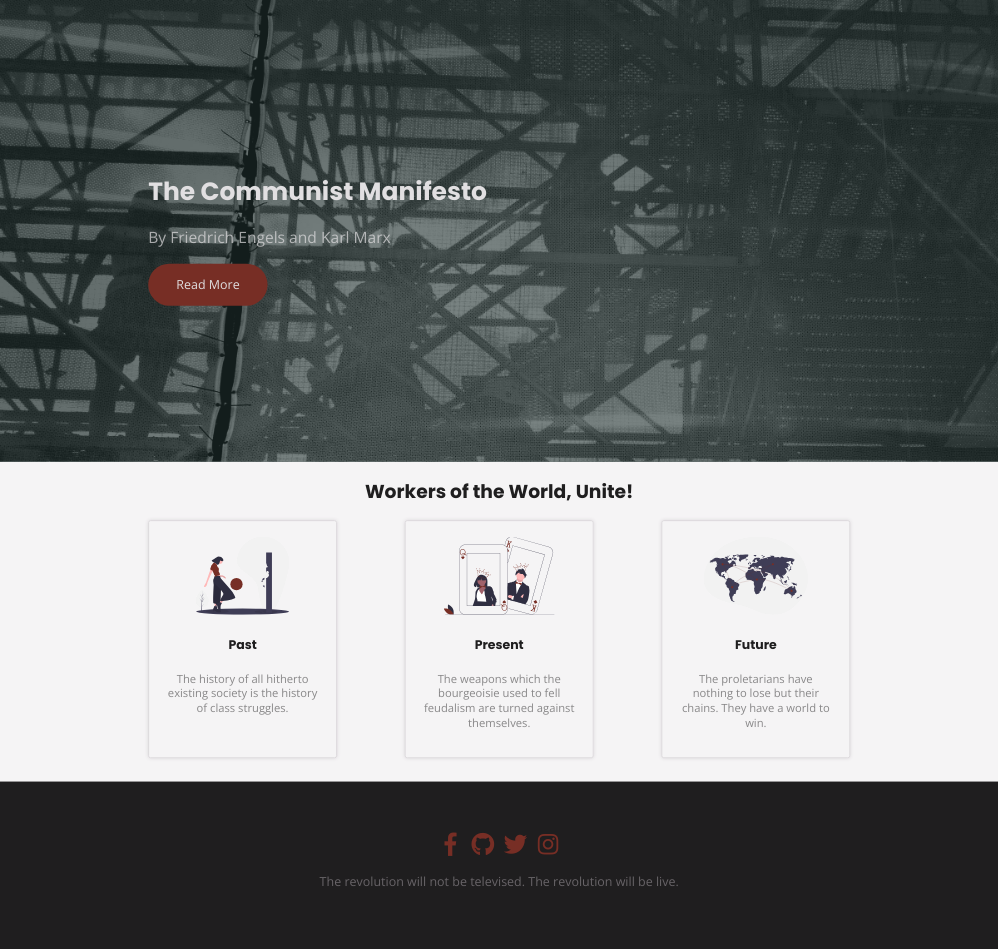
Repository: eaang/landing
Page: index.html
An editor plug-in stored every save of this project. The page is shown before and after the next save, followed by the edit.
The browser window is 1280 px wide. The pictures show the whole page, at 78% of full size.
Some web libraries are served in a nearby version.

Above is the page before, as saved 2020-06-10 16:46:11.

### index.html
<!DOCTYPE html>
<html>
  <head>
    <meta charset="UTF-8" />
    <title>The Communist Manifesto</title>
    <link rel="shortcut icon" href="data:[embedded picture, 18 characters]" type="image/x-icon" />
    <!-- We need this line below for responsiveness! -->
    <meta name="viewport" content="width=device-width, initial-scale=1" />
    <link rel="stylesheet" href="css/style.css" />
  </head>
  <body>
    <!-- code a Hero / Banner section -->
    <div class="banner">
      <div class="container">
        <h1>The Communist Manifesto</h1>
        <p>By Friedrich Engels and Karl Marx</p>
        <a class="btn-primary" href="#">Read More</a>
      </div>
    </div>
    <!-- code a "How it works" section -->
    <div class="container">
      <h2 class="text-center">Workers of the World, Unite!</h2>
      <div class="cards">
        <div class="card">
          <img src="images/struggle.svg" alt="" />
          <h4>Past</h4>
          <p>
            The history of all hitherto existing society is the history of class
            struggles.
          </p>
        </div>

        <div class="card">
          <img src="images/feudal.svg" alt="" />
          <h4>Present</h4>
          <p>
            The weapons which the bourgeoisie used to fell feudalism are turned
            against themselves.
          </p>
        </div>

        <div class="card">
          <img src="images/future.svg" alt="" />
          <h4>Future</h4>
          <p>
            The proletarians have nothing to lose but their chains. They have a
            world to win.
          </p>
        </div>
      </div>
    </div>
    <!-- code a footer -->
    <div class="footer">
      <div class="links">
        <a href="#"><i class="fab fa-fw fa-facebook-f"></i></a>
        <a href="#"><i class="fab fa-fw fa-github"></i></a>
        <a href="#"><i class="fab fa-fw fa-twitter"></i></a>
        <a href="#"><i class="fab fa-fw fa-instagram"></i></a>
        <p>
          The revolution will not be televised. The revolution will be live.
        </p>
      </div>
    </div>
  </body>
</html>

### css/style.css
/* Fonts */
@import url("https://fonts.googleapis.com/css?family=Open+Sans:400,700|Poppins:700");

/* Fontawesome */
@import url("https://use.fontawesome.com/releases/v5.6.3/css/all.css");

/* Utilities */
body {
  margin: 0;
  font-family: Open Sans;
  background-color: #f5f4f5;
  color: #1f1e1f;
}

h1,
h2,
h3,
h4 {
  font-family: Poppins;
}

a {
  text-decoration: none;
}

.text-center {
  text-align: center;
}
/* Custom design below! */
.container {
  width: 900px;
  margin: auto;
}

/* Banner design */
.banner:before {
  content: " ";
  display: block;
  position: absolute;
  left: 0;
  top: 0;
  width: 100%;
  height: 100%;
  z-index: 1;
  opacity: 0.4;
  background-image: url("../images/background.jpg");
  background-repeat: no-repeat;
  background-position: 50% 0;
  -ms-background-size: cover;
  -o-background-size: cover;
  -moz-background-size: cover;
  -webkit-background-size: cover;
  background-size: cover;
}
.banner {
  position: relative;
  background: #203130;
  overflow: hidden;
  padding: 200px 0;
}
.banner h1 {
  position: relative;
  z-index: 2;
  color: #e1dfe1;
}
.banner p {
  position: relative;
  z-index: 2;
  color: #e1dfe1;
  opacity: 0.7;
  font-size: 20px;
}
.btn-primary {
  position: relative;
  z-index: 2;
  display: inline-block;
  background-color: #772e25;
  padding: 16px 36px;
  border-radius: 50px;
  color: #e1dfe1;
}

/* Cards design */
.cards {
  flex-wrap: wrap;
  display: flex;
  justify-content: space-between;
  margin-bottom: 30px;
}
.card {
  width: 200px;
  border-radius: 3px;
  box-shadow: 0 0 5px rgb(216, 212, 216);
  text-align: center;
  padding: 20px;
  border: 1px solid rgb(216, 212, 216);
}
.card img {
  height: 100px;
}
.card p {
  opacity: 0.5;
  font-size: 0.9em;
}

/* Footer design */
.footer {
  text-align: center;
  padding: 60px;
  background-color: #1f1e1f;
}
.footer a {
  font-size: 30px;
  color: #772e25;
}
.footer p {
  color: #686468;
}

/* Media Queries */

@media only screen and (max-width: 900px) {
  .cards {
    display: flex;
  }
}

After the next save:
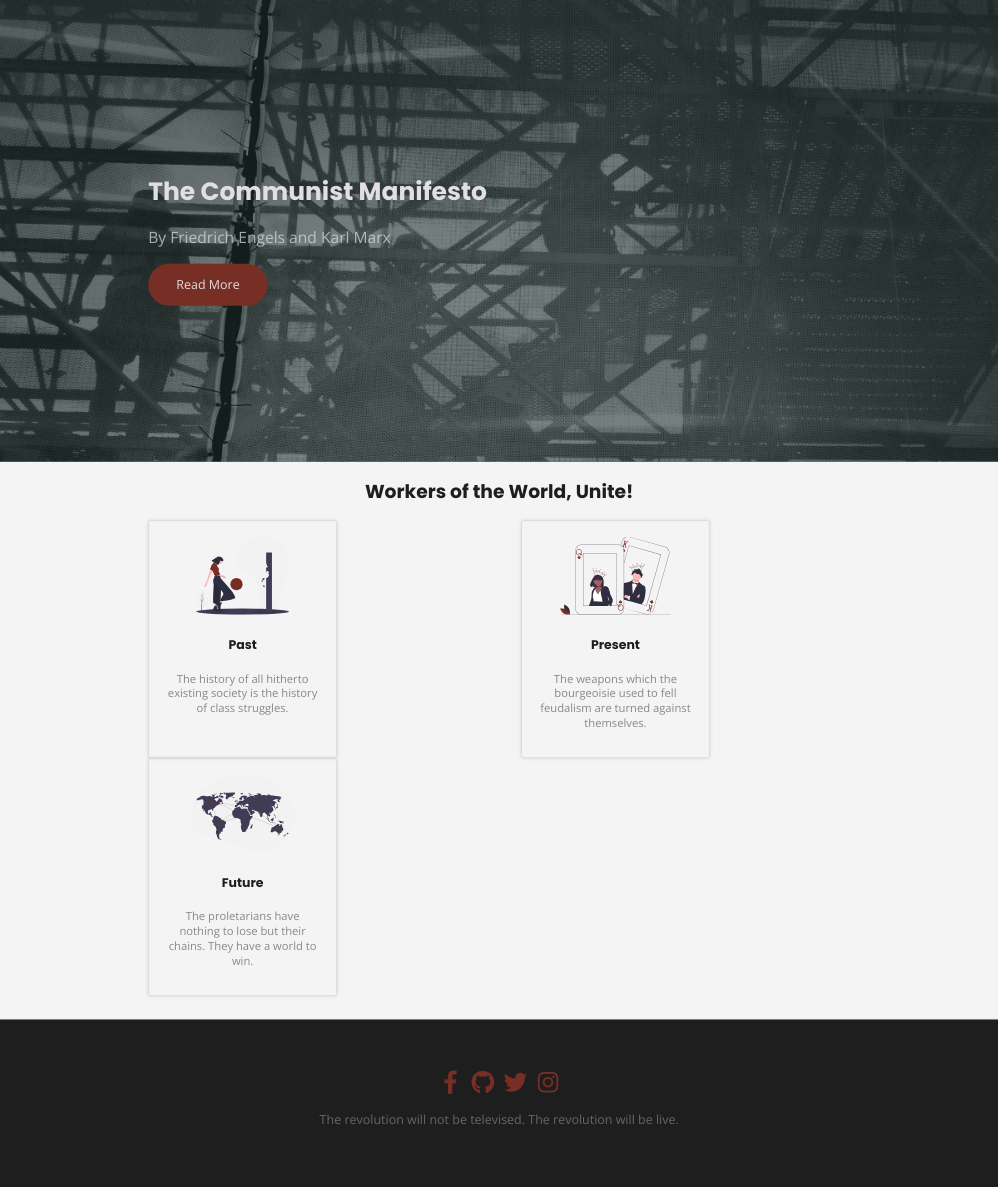
Saved 14 s later.
--- a/css/style.css
+++ b/css/style.css
@@ -83,6 +83,7 @@
 /* Cards design */
 .cards {
   flex-wrap: wrap;
+  width: 80%;
   display: flex;
   justify-content: space-between;
   margin-bottom: 30px;

After the save that followed:
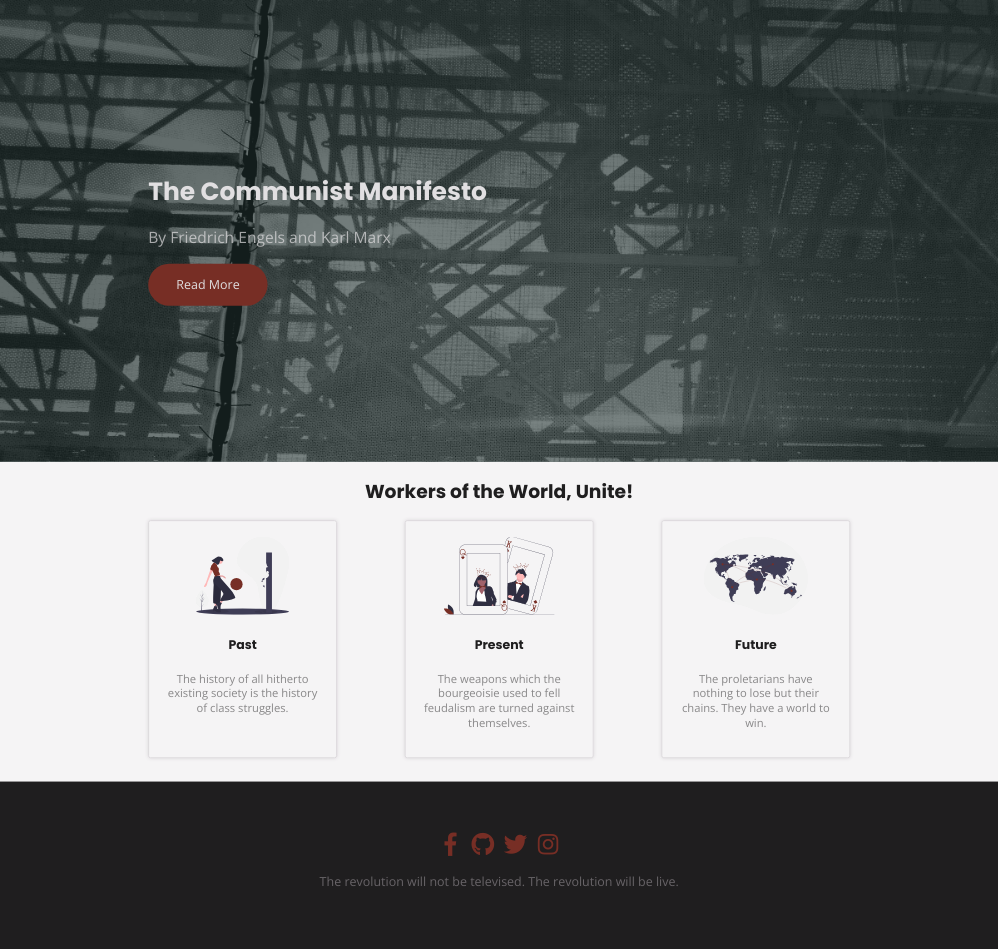
Saved 19 s later.
--- a/css/style.css
+++ b/css/style.css
@@ -83,7 +83,7 @@
 /* Cards design */
 .cards {
   flex-wrap: wrap;
-  width: 80%;
+  width: 100%;
   display: flex;
   justify-content: space-between;
   margin-bottom: 30px;
